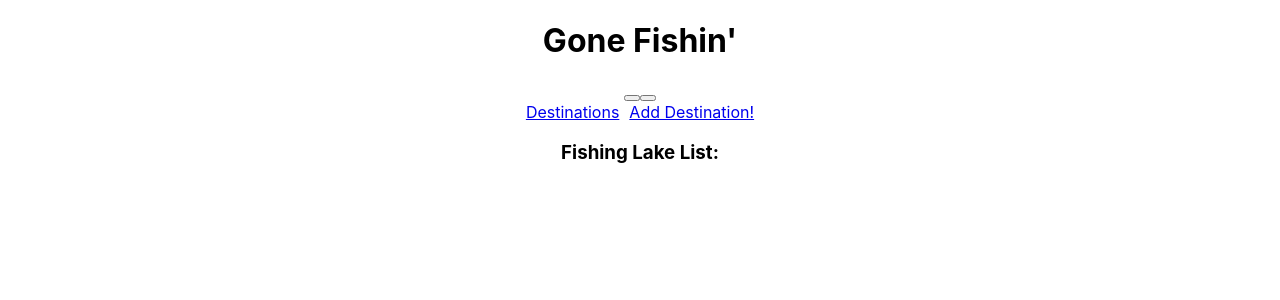
Repository: randysteele/gonefishin-frontend
Page: /destinations (app in gone-fishin-frontend/)
An editor plug-in stored every save of this project. The page is shown before and after the next save, followed by the edit.
The browser window is 1280 px wide. The pictures show the whole page.
The page's requests for data from a server got no answer. The project was rebuilt for these pictures with package versions that can differ from the ones it lists, and the page was loaded fresh each time. No one was signed in, and anything a server would have sent is missing. Also part of the build but not shown: gone-fishin-frontend/src/actions/addDestination.js, gone-fishin-frontend/src/components/DestinationsInput.js, gone-fishin-frontend/src/actions/addFeature.js, gone-fishin-frontend/src/components/FeaturesInput.js, gone-fishin-frontend/src/actions/deleteFeature.js, gone-fishin-frontend/src/components/FeaturesList.js, gone-fishin-frontend/src/containers/FeaturesContainer.js, gone-fishin-frontend/src/actions/editDestination.js and 6 more.

Above is the page before, as saved 2020-08-09 14:52:56.

### gone-fishin-frontend/public/index.html
<!DOCTYPE html>
<html lang="en">
  <head>
    <meta charset="utf-8" />
    <link rel="icon" href="%PUBLIC_URL%/favicon.ico" />
    <meta name="viewport" content="width=device-width, initial-scale=1" />
    <meta name="theme-color" content="#000000" />
    <meta
      name="description"
      content="Web site created using create-react-app"
    />
    <link rel="apple-touch-icon" href="%PUBLIC_URL%/logo192.png" />
    <!--
      manifest.json provides metadata used when your web app is installed on a
      user's mobile device or desktop. See https://developers.google.com/web/fundamentals/web-app-manifest/
    -->
    <link rel="manifest" href="%PUBLIC_URL%/manifest.json" />
    <!--
      Notice the use of %PUBLIC_URL% in the tags above.
      It will be replaced with the URL of the `public` folder during the build.
      Only files inside the `public` folder can be referenced from the HTML.

      Unlike "/favicon.ico" or "favicon.ico", "%PUBLIC_URL%/favicon.ico" will
      work correctly both with client-side routing and a non-root public URL.
      Learn how to configure a non-root public URL by running `npm run build`.
    -->
    <title>Gone Fishin</title>
  </head>
  <body>
    <noscript>You need to enable JavaScript to run this app.</noscript>
    <div id="root"></div>
    <!--
      This HTML file is a template.
      If you open it directly in the browser, you will see an empty page.

      You can add webfonts, meta tags, or analytics to this file.
      The build step will place the bundled scripts into the <body> tag.

      To begin the development, run `npm start` or `yarn start`.
      To create a production bundle, use `npm run build` or `yarn build`.
    -->
  </body>
</html>

### gone-fishin-frontend/src/index.js
import React from 'react';
import ReactDOM from 'react-dom';
import './index.css';
import App from './App';
import * as serviceWorker from './serviceWorker';
import { Provider } from 'react-redux';
import destinations from './reducers/destinations'
import thunk from 'redux-thunk'
import { createStore, applyMiddleware, compose} from 'redux'
import {BrowserRouter as Router} from 'react-router-dom'


const composeEnhancer = window.__REDUX_DEVTOOLS_EXTENSION_COMPOSE__ || compose;

const store = createStore(destinations, composeEnhancer(applyMiddleware(thunk)))

ReactDOM.render(
<Provider store={store}>
<Router>
<App />
</Router>
</Provider>,
document.getElementById('root')
);

// If you want your app to work offline and load faster, you can change
// unregister() to register() below. Note this comes with some pitfalls.
// Learn more about service workers: https://bit.ly/CRA-PWA
serviceWorker.unregister();

### gone-fishin-frontend/src/App.js
import React from 'react';
import './App.css';
// import {connect} from 'react-redux'
import DestinationsContainer from './containers/DestinationsContainer'
import styled from 'styled-components'
// import DestinationsInput from './components/DestinationsInput';
// import DestinationsList from './components/DestinationsList';
//import {fetchDestinations} from './actions/fetchDestinations'
import Button from './components/Button'

const Title = styled.h1`
color: blue;
font-size: 100px;
`



class App extends React.Component {

  componentDidMount() {
    fetch('http://localhost:3000/api/v1/destinations/')
    .then(response => response.json())
    .then(data => console.log(data))
  }


  render(){
    return(
      <div className="App" >
        <Title>Gone Fishin'</Title>
        <Button primary></Button>
        <Button></Button>
      <DestinationsContainer />
      </div>
    )
  }
}

export default App

### gone-fishin-frontend/src/reducers/destinations.js

export default function destinations(state = {destinations: []}, action) {
    //debugger
    switch(action.type){
    case 'FETCH_DESTINATIONS':
      return {destinations: action.payload}
    case 'ADD_FEATURE':
      let destinations = state.destinations.map(destination => {
        if (destination.id === action.payload.id) {
         return action.payload
        } else {
          return destination
        }
      })
      return {...state, destinations: destinations}
      case 'DELETE_FEATURE':
         // debugger
        let destinationss = state.destinations.map(destination => {
            if (destination.id === action.payload.id) {
             return action.payload
            } else {
              return destination
            }
          })
          return {...state, destinations: destinationss}
      case 'EDIT_DESTINATION':
        let destinationsss = state.destinations.map(destination => {
            if (destination.id === action.payload.id) {
             return action.payload
            } else {
              return destination
            }
          })
          return {...state, destinations: destinationsss}

          case 'ADD_COMMENT':
            let destinationForComments = state.destinations.map(destination => {
              if (destination.id === action.payload.id) {
               return action.payload
              } else {
                return destination
              }
            })
            return {...state, destinations: destinationForComments}

    default:
    return state
    }
}

### gone-fishin-frontend/src/containers/DestinationsContainer.js
// a container should render other components and pass them data if needed
// they are typically class components
import React from 'react'
import {connect} from 'react-redux'
import {fetchDestinations} from '../actions/fetchDestinations'
import DestinationsList from  '../components/DestinationsList'
import DestinationsInput from '../components/DestinationsInput'
import DestinationShow from  '../components/DestinationShow'
import {Route, Switch} from 'react-router-dom'
import Navbar from '../components/Navbar'




class DestinationsContainer extends React.Component {


    componentDidMount(){
      this.props.fetchDestinations()
    }

    render(){
      return (
        <div>
          <Navbar/>
          <Switch>
         <Route  path='/destinations/new' component={DestinationsInput}/>
         <Route  path='/destinations/:id'  render={(routerProps) => <DestinationShow {...routerProps} destinations={this.props.destinations}/>}/>
         <Route  exact path='/destinations' render={(routerProps) => <DestinationsList {...routerProps} destinations={this.props.destinations}/>}/>
         </Switch><br></br>

        </div>
      )

       }
    }
const mapStateToProps = state => {
    return {
        destinations: state.destinations
    }
}
export default connect(mapStateToProps, {fetchDestinations})(DestinationsContainer);

### gone-fishin-frontend/src/components/Button.js
import styled from 'styled-components'

export default styled.button`
background-color: $(props => {props.primary ? "#4caf50" : "#008CBA")};
border: none;
color: white;
padding: 15px, 32px;
text-align: center;
text-decoration" none;
display: inline-block;
font-size: 16px;
`;

### gone-fishin-frontend/src/actions/fetchDestinations.js


export function fetchDestinations() {
  return (dispatch) => {
   fetch("http://localhost:3000/api/v1/destinations/")
    .then(response => response.json())
    .then(destinations => dispatch({
      type: 'FETCH_DESTINATIONS',
       payload: destinations
    }))
  }
}

### gone-fishin-frontend/src/components/DestinationsList.js
import React from 'react'
// import DestinationsContainer from '../containers/DestinationsContainer'
// import DestinationShow from './DestinationShow'
import {Route, Link} from 'react-router-dom'



const DestinationsList = (props) => {

    return (
       <div>
        <h3>Fishing Lake List:</h3>{props.destinations.map(dest => <h5><div key={dest.id}>Lake Name:<Link to={`/destinations/${dest.id}`}>{dest.name}</Link>  <br></br> City: {dest.city} <br></br> State: {dest.state} <br></br> Description: {dest.description}</div></h5>)}
   </div>


    )
}

export default DestinationsList

### gone-fishin-frontend/src/components/Navbar.js
import React from 'react'
import {Link} from 'react-router-dom'

const Navbar = (props) => {

    return (
        <div>
            <Link to='/destinations' style={{paddingRight: '10px'}}>Destinations</Link>
            <Link to='/destinations/new'>Add Destination!</Link>
        </div>
    )
}
export default Navbar

Loaded but not shown: gone-fishin-frontend/src/index.css (common file); gone-fishin-frontend/src/serviceWorker.js (common file); gone-fishin-frontend/src/App.css (common file)

After the next save:
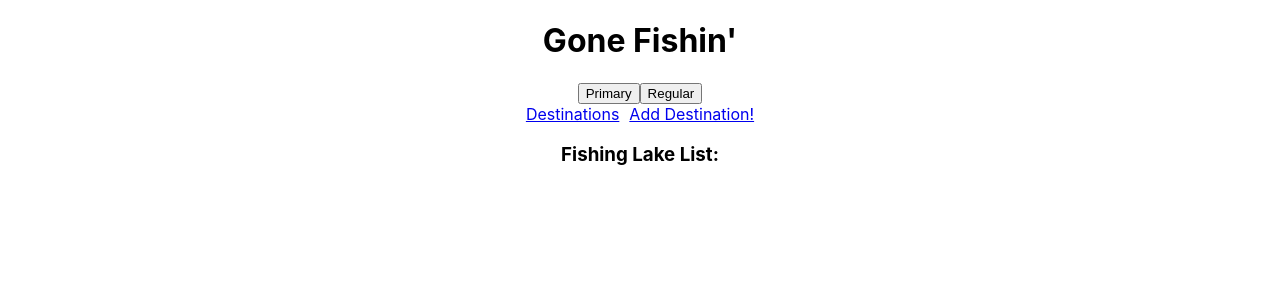
Saved 12 s later.
--- a/gone-fishin-frontend/src/App.js
+++ b/gone-fishin-frontend/src/App.js
@@ -28,8 +28,8 @@ class App extends React.Component {
     return(
       <div className="App" >
         <Title>Gone Fishin'</Title>
-        <Button primary></Button>
-        <Button></Button>
+        <Button primary>Primary</Button>
+        <Button>Regular</Button>
       <DestinationsContainer />
       </div>
     )
